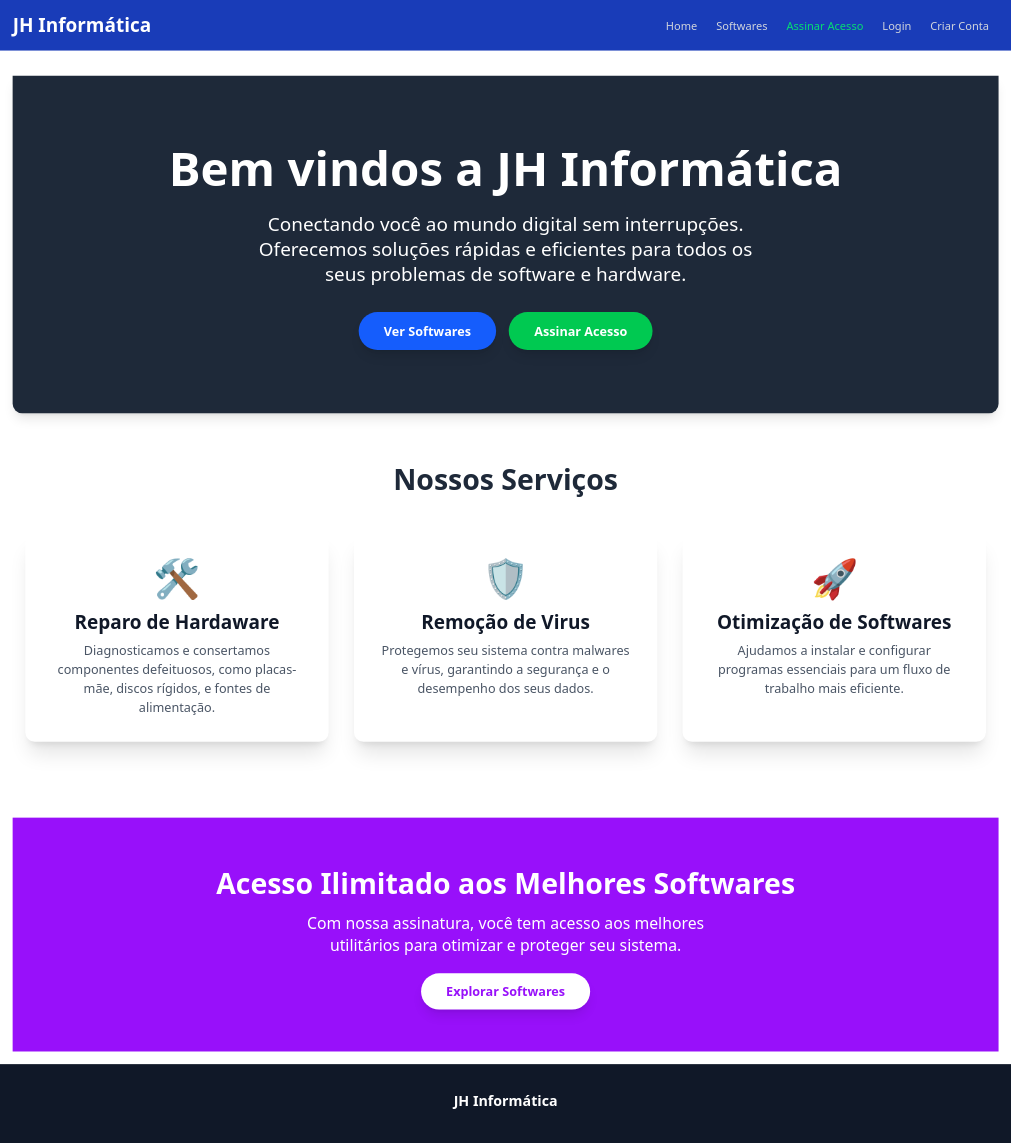
Repository: estevam02009/jh-info
Page: / (app in frontend/)
An editor plug-in stored every save of this project. The page is shown before and after the next save, followed by the edit.
The browser window is 1280 px wide. The pictures show the whole page, at 79% of full size.
The project was rebuilt for these pictures with package versions that can differ from the ones it lists, and the page was loaded fresh each time. Also part of the build but not shown: frontend/src/pages/Login.jsx, frontend/src/pages/Register.jsx, frontend/src/pages/Dashboard.jsx, frontend/src/components/ProtectedRoute.jsx, frontend/src/pages/SoftwareList.jsx, frontend/src/pages/SoftwareDetails.jsx, frontend/src/pages/SoftwareManagement.jsx, frontend/src/pages/PaymentPage.jsx and 1 more.

Above is the page before, as saved 2025-07-13 13:50:47.

After the next save:
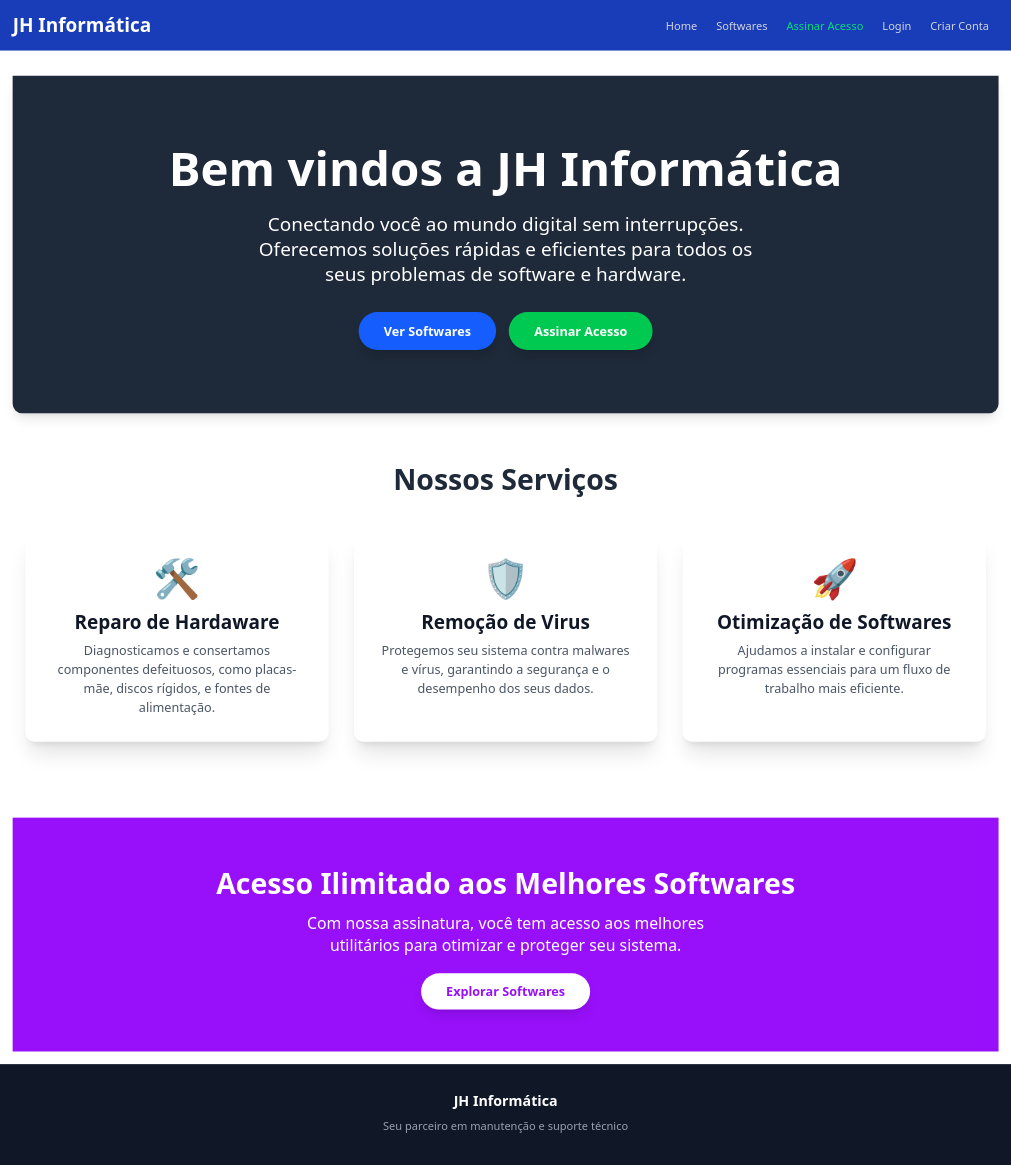
Saved 70 s later.
--- a/frontend/src/App.jsx
+++ b/frontend/src/App.jsx
@@ -90,6 +90,7 @@ const App = () => {
             <footer className='bg-gray-900 p-4 text-white py-8 px-4 mt-auto'>
                 <div className="container mx-auto text-center">
                     <p className="text-lg font-bold mb-2">JH Informática</p>
+                    <p className='text-sm text-gray-400 mb-2'>Seu parceiro em manutenção e suporte técnico</p>
                 </div>
             </footer>
         </>
